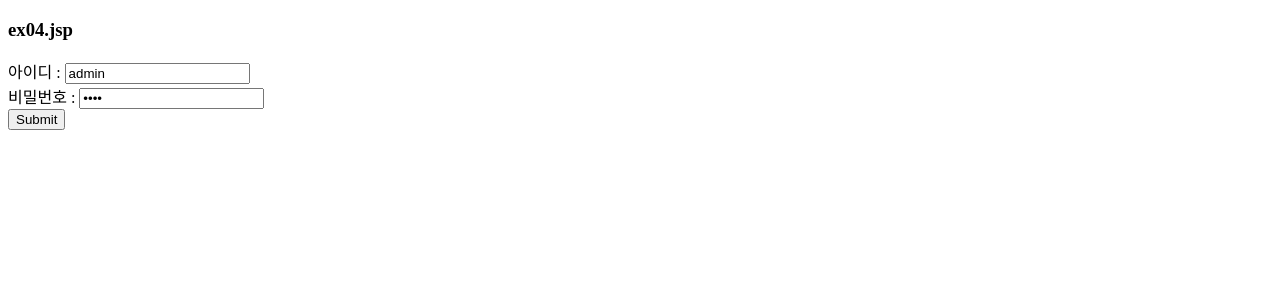
Repository: JavaYoo/kakao-emoticon-web-clone
Page: http://localhost/jspPro/days03/ex04.jsp
These files come from the project's save history. The page is drawn as it stood at one moment and after the next save; the edit follows.
The browser window is 1280 px wide. The pictures show the whole page.
The page is served by Tomcat 9.

Above is the page before, as saved 2022-06-16 00:48:24.

After the next save:
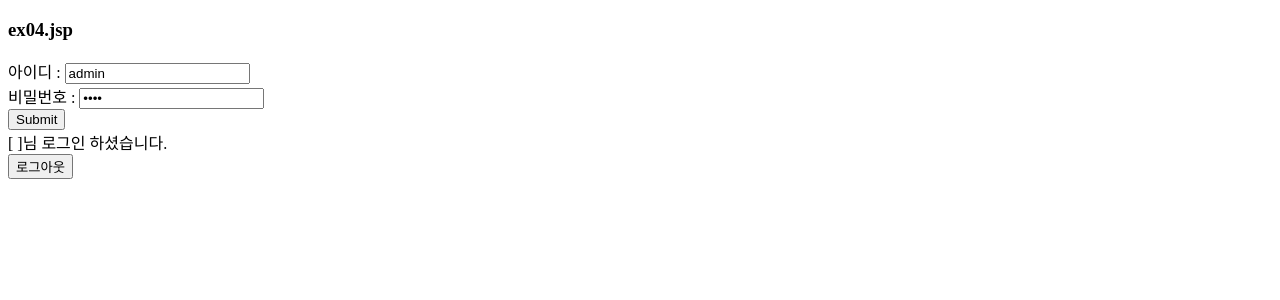
Saved 59 s later.
--- a/jspPro/src/main/webapp/days03/ex04.jsp
+++ b/jspPro/src/main/webapp/days03/ex04.jsp
@@ -13,13 +13,15 @@
 <h3>ex04.jsp</h3>
 
 <div id="logon">
-<form action="ex03_ok.jsp" method="get">
-아이디 : <input type="text" name="id" value="admin"><br>
-비밀번호 : <input type="password" name="passwd" value="1234"><br>
-<input type="submit">
-</form>
+	<form action="ex03_ok.jsp" method="get">
+		아이디 : <input type="text" name="id" value="admin"><br>
+		비밀번호 : <input type="password" name="passwd" value="1234"><br>
+		<input type="submit">
+	</form>
 </div>
 <div id="logout">
+	[ ${param.id } ]님 로그인 하셨습니다.<br>
+	<button>로그아웃</button>
 </div>
 
 </body>
